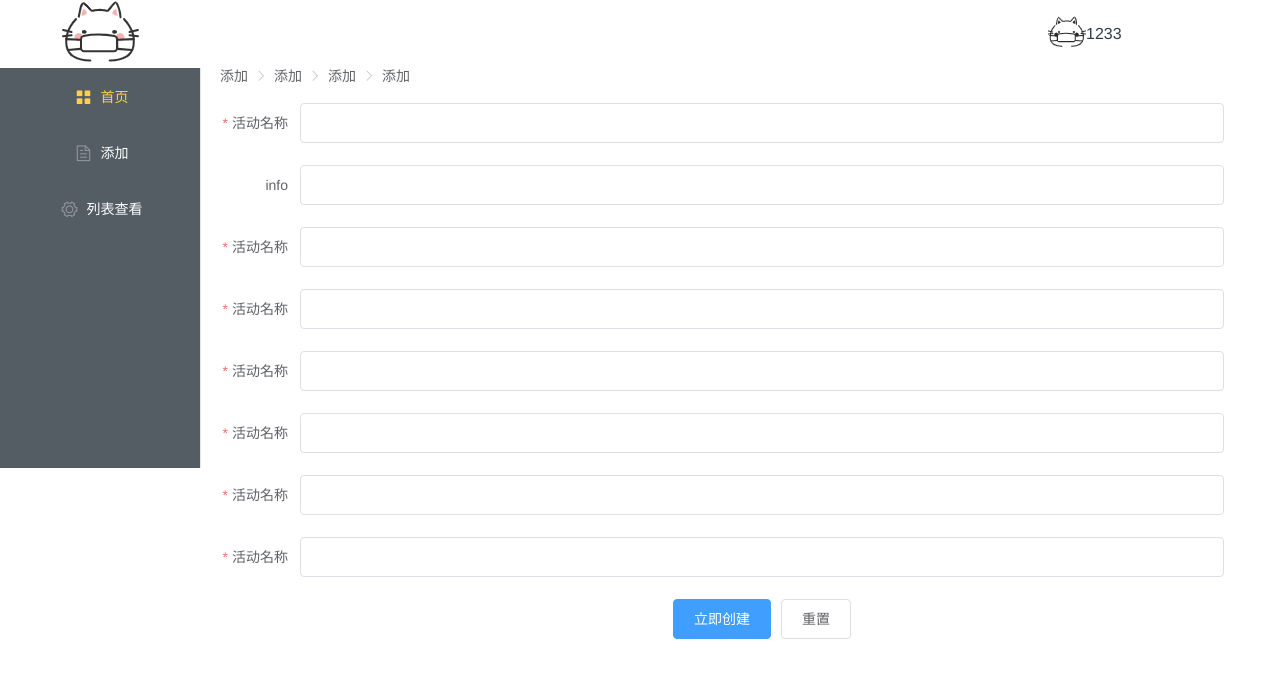
Repository: faintout/backMng
Page: /#/addList (app in backmng/)
An editor plug-in stored every save of this project. The page is shown before and after the next save, followed by the edit.
The browser window is 1280 px wide. The pictures show the whole page.
The project was rebuilt for these pictures with package versions that can differ from the ones it lists, and the page was loaded fresh each time. Also part of the build but not shown: backmng/vue.config.js, backmng/src/views/_index.vue, backmng/src/views/list.vue.

Above is the page before, as saved 2020-12-30 17:03:33.

### backmng/src/main.js
import Vue from 'vue'
import App from './App.vue'
import router from './router'
import store from './store'
import ElementUI from 'element-ui'
import 'element-ui/lib/theme-chalk/index.css'
import './assets/index.css'

Vue.use(ElementUI)
Vue.config.productionTip = false

new Vue({
  router,
  store,
  render: h => h(App)
}).$mount('#app')

### backmng/src/App.vue
<template>
  <div id="app">
    <router-view/>
  </div>
</template>

<style lang="less">
#app {
  font-family: Avenir, Helvetica, Arial, sans-serif;
  -webkit-font-smoothing: antialiased;
  -moz-osx-font-smoothing: grayscale;
  text-align: center;
  color: #2c3e50;
  height: 100%;
}

#nav {
  padding: 30px;

  a {
    font-weight: bold;
    color: #2c3e50;

    &.router-link-exact-active {
      color: #42b983;
    }
  }
}
</style>

### backmng/src/router/index.js
import Vue from 'vue'
import VueRouter from 'vue-router'
import Layout from '../views/layout.vue'
import _index from '../views/_index.vue'
import addList from '../views/addList.vue'
import list from '../views/list.vue'

Vue.use(VueRouter)

const routes = [
    {
        path: '/',
        name: 'Layout',
        component: Layout,
        children: [
            {
                path: '/_index',
                name: '首页',
                component: _index,
            },
            {
                path: '/addList',
                name: '添加',
                component: addList,
            },
            {
                path: '/list',
                name: '列表查看',
                component: list,
            },
        ]
    },
]

const router = new VueRouter({
    routes
})

export default router

### backmng/src/assets/index.css
* {
    /* width: 100%;
    height: 100%; */
    padding: 0;
    margin: 0;
}
html,body{
    height: 100%;
}
.h100{
    height: 100%;
}

### backmng/src/views/layout.vue
<template>
    <div class="h100">
        <div class="menu_list" style="width:200px;float:left">
            <!-- <header-top></header-top> -->
            <img :src="require('../assets/images/'+(!isCollapse?'7':'7_25px')+'.png')" alt="" @click="isCollapse = !isCollapse" :style="{left:isCollapse?'-64px':0}">
            <!-- <img src="../assets/images/7.png" alt="" @click="isCollapse = !isCollapse" style="cursor:pointer;"> -->
            <el-row class="tac h100">
                <el-col :span="12" class="h100">
                    <el-menu default-active="/_index" router class="el-menu-vertical-demo" @open="handleOpen" @close="handleClose" background-color="#545c64" text-color="#fff" active-text-color="#ffd04b" :collapse="isCollapse">
                        <el-menu-item index="/_index">
                            <i class="el-icon-menu"></i>
                            <span slot="title">首页</span>
                        </el-menu-item>
                        <el-menu-item index="/addList">
                            <i class="el-icon-document"></i>
                            <span slot="title">添加</span>
                        </el-menu-item>
                        <el-menu-item index="/list">
                            <i class="el-icon-setting"></i>
                            <span slot="title">列表查看</span>
                        </el-menu-item>
                    </el-menu>
                </el-col>
            </el-row>
        </div>
        <div style="width:80%;float:left">
            <header-top></header-top>
            <div class="content">
                <el-breadcrumb separator-class="el-icon-arrow-right"  style="margin: 5px 0 20px 20px;">
                    <el-breadcrumb-item>{{$route.name}}</el-breadcrumb-item>
                    <el-breadcrumb-item>{{$route.name}}</el-breadcrumb-item>
                    <el-breadcrumb-item>{{$route.name}}</el-breadcrumb-item>
                    <el-breadcrumb-item>{{$route.name}}</el-breadcrumb-item>
                </el-breadcrumb>
                <router-view></router-view>
            </div>
        </div>


    </div>
</template>

<script>
    import headerTop from './headerTop'
    export default {
        components: {
            headerTop
        },
        data() {
            return {
                isCollapse: false
            }
        },
        watch: {},
        computed: {},
        methods: {
            handleOpen(key, keyPath) {
                console.log(key, keyPath);
            },
            handleClose(key, keyPath) {
                console.log(key, keyPath);
            }
        },
        mounted() {},
        created() {},
    }
</script>
<style lang="less" scoped>
    .el-menu-vertical-demo:not(.el-menu--collapse) {
        width: 200px;
        min-height: 400px;
        // height: calc(100% - 64px);
    }

    .menu_list {
        img {
            cursor: pointer;
            position: relative,
        }
    }
</style>

### backmng/src/views/addList.vue
<template>
    <div>
        <el-form :model="ruleForm" :rules="rules" ref="ruleForm" label-width="100px" class="demo-ruleForm">
            <el-form-item label="活动名称" prop="name">
                <el-input v-model="ruleForm.name"></el-input>
            </el-form-item>
            <el-form-item label="info" prop="info">
                <el-input v-model="ruleForm.name"></el-input>
            </el-form-item>
            <el-form-item label="活动名称" prop="name">
                <el-input v-model="ruleForm.name"></el-input>
            </el-form-item>
            <el-form-item label="活动名称" prop="name">
                <el-input v-model="ruleForm.name"></el-input>
            </el-form-item>
            <el-form-item label="活动名称" prop="name">
                <el-input v-model="ruleForm.name"></el-input>
            </el-form-item>
            <el-form-item label="活动名称" prop="name">
                <el-input v-model="ruleForm.name"></el-input>
            </el-form-item>
            <el-form-item label="活动名称" prop="name">
                <el-input v-model="ruleForm.name"></el-input>
            </el-form-item>
            <el-form-item label="活动名称" prop="name">
                <el-input v-model="ruleForm.name"></el-input>
            </el-form-item>
            <!-- <el-form-item label="活动区域" prop="region">
                <el-select v-model="ruleForm.region" placeholder="请选择活动区域">
                    <el-option label="区域一" value="shanghai"></el-option>
                    <el-option label="区域二" value="beijing"></el-option>
                </el-select>
            </el-form-item>
            <el-form-item label="活动时间" required>
                <el-col :span="11">
                    <el-form-item prop="date1">
                        <el-date-picker type="date" placeholder="选择日期" v-model="ruleForm.date1" style="width: 100%;"></el-date-picker>
                    </el-form-item>
                </el-col>
                <el-col class="line" :span="2">-</el-col>
                <el-col :span="11">
                    <el-form-item prop="date2">
                        <el-time-picker placeholder="选择时间" v-model="ruleForm.date2" style="width: 100%;"></el-time-picker>
                    </el-form-item>
                </el-col>
            </el-form-item>
            <el-form-item label="即时配送" prop="delivery">
                <el-switch v-model="ruleForm.delivery"></el-switch>
            </el-form-item>
            <el-form-item label="活动性质" prop="type">
                <el-checkbox-group v-model="ruleForm.type">
                    <el-checkbox label="美食/餐厅线上活动" name="type"></el-checkbox>
                    <el-checkbox label="地推活动" name="type"></el-checkbox>
                    <el-checkbox label="线下主题活动" name="type"></el-checkbox>
                    <el-checkbox label="单纯品牌曝光" name="type"></el-checkbox>
                </el-checkbox-group>
            </el-form-item>
            <el-form-item label="特殊资源" prop="resource">
                <el-radio-group v-model="ruleForm.resource">
                    <el-radio label="线上品牌商赞助"></el-radio>
                    <el-radio label="线下场地免费"></el-radio>
                </el-radio-group>
            </el-form-item>
            <el-form-item label="活动形式" prop="desc">
                <el-input type="textarea" v-model="ruleForm.desc"></el-input>
            </el-form-item> -->
            <el-form-item>
                <el-button type="primary" @click="submitForm('ruleForm')">立即创建</el-button>
                <el-button @click="resetForm('ruleForm')">重置</el-button>
            </el-form-item>
        </el-form>
    </div>
</template>

<script>
    export default {
        components: {},
        data() {
            return {
                ruleForm: {
                    name: '',
                    info: '',
                    info1: '',
                    info2: '',
                    info3: '',
                    info4: '',
                    info5: '',
                    info6: ''
                },
                rules: {
                    name: [
                        { required: true, message: '内容不能为空', trigger: 'blur' },
                    ],
                    region: [
                        { required: true, message: '内容不能为空', trigger: 'blur' },
                    ],
                    date1: [
                        { type: 'date', required: true, message: '请选择日期', trigger: 'change' }
                    ],
                    date2: [
                        { type: 'date', required: true, message: '请选择时间', trigger: 'change' }
                    ],
                    // type: [
                    //     { type: 'array', required: true, message: '请至少选择一个活动性质', trigger: 'change' }
                    // ],
                    // resource: [
                    //     { required: true, message: '请选择活动资源', trigger: 'change' }
                    // ],
                    desc: [
                        { required: true, message: '请填写活动形式', trigger: 'blur' }
                    ]
                }
            }
        },
        watch: {},
        computed: {},
        methods: {
            submitForm(formName) {
                this.$refs[formName].validate((valid) => {
                    if (valid) {
                        // alert('submit!');
                        // 提交
                    } else {
                        // console.log('error submit!!');
                        this.$message.error('请输入必填信息！')
                        return false;
                    }
                });
            },
            resetForm(formName) {
                this.$refs[formName].resetFields();
            }
        },
        mounted() {},
        created() {},
    }
</script>
<style lang="less" scoped>
</style>

### backmng/src/views/headerTop.vue
<template>
    <div>
        <div class="header">
            <div class="user_info">
                <div class="user_pic">
                    <img src="../assets/images/user_pic.png" alt="">
                </div>
                <div class="user_name">1233</div>
            </div>
        </div>
    </div>
</template>

<script>
    export default {
        components: {},
        data() {
            return {}
        },
        watch: {},
        computed: {},
        methods: {},
        mounted() {},
        created() {},
    }
</script>
<style lang="less" scoped>
    .header {
        // display: flex;
        justify-content: space-between;
        height: 64px;
        width: 100%;
        vertical-align: middle;
        display: inline-block;
        // img{
        //     float: left;
        // }
    }

    .user_info div {
        display: inline-block;
        margin-top: 16px;
    }

    .user_info {
        text-align: center;
        margin-right: 10%;
        vertical-align: middle;
        float: right;
    }

    .user_name {
        vertical-align: middle;
        display: inline-block;
    }

    .user_pic {
        vertical-align: middle;
    }
</style>

Loaded but not shown: backmng/public/index.html (common file); backmng/src/store/index.js (common file)

After the next save:
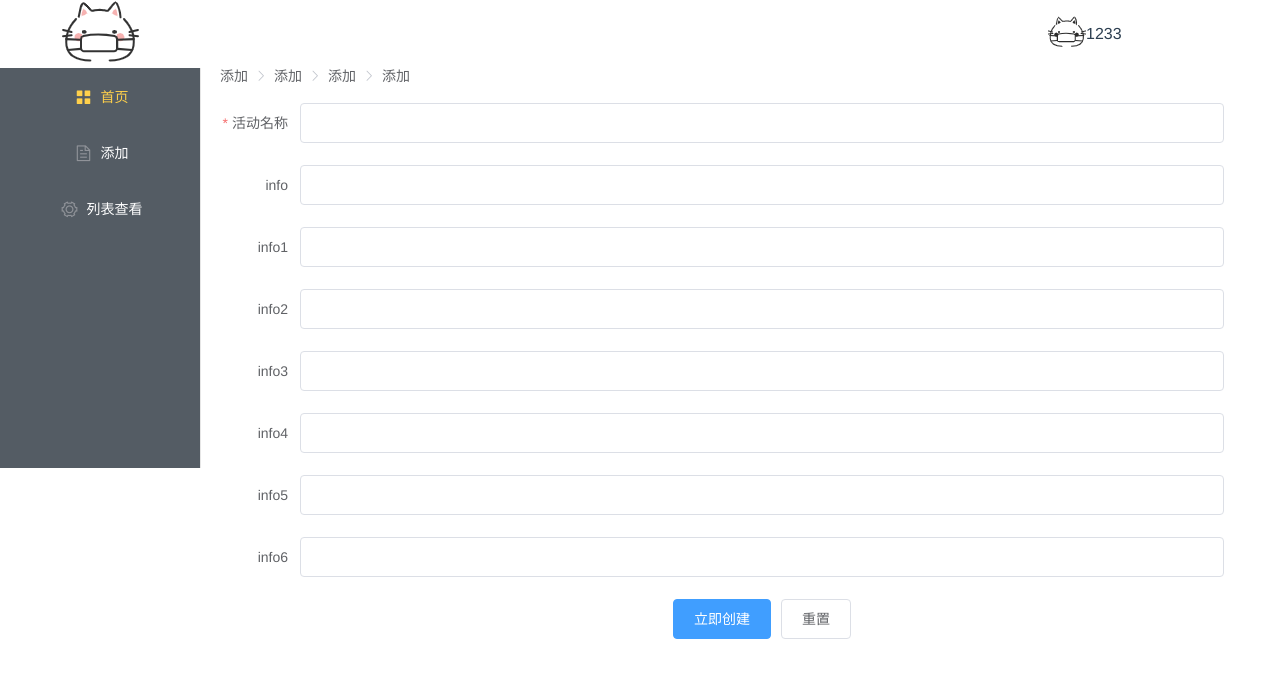
Saved 42 s later.
--- a/backmng/src/views/addList.vue
+++ b/backmng/src/views/addList.vue
@@ -7,22 +7,22 @@
             <el-form-item label="info" prop="info">
                 <el-input v-model="ruleForm.name"></el-input>
             </el-form-item>
-            <el-form-item label="活动名称" prop="name">
+            <el-form-item label="info1" prop="info1">
                 <el-input v-model="ruleForm.name"></el-input>
             </el-form-item>
-            <el-form-item label="活动名称" prop="name">
+            <el-form-item label="info2" prop="info2">
                 <el-input v-model="ruleForm.name"></el-input>
             </el-form-item>
-            <el-form-item label="活动名称" prop="name">
+            <el-form-item label="info3" prop="info3">
                 <el-input v-model="ruleForm.name"></el-input>
             </el-form-item>
-            <el-form-item label="活动名称" prop="name">
+            <el-form-item label="info4" prop="info4">
                 <el-input v-model="ruleForm.name"></el-input>
             </el-form-item>
-            <el-form-item label="活动名称" prop="name">
+            <el-form-item label="info5" prop="info5">
                 <el-input v-model="ruleForm.name"></el-input>
             </el-form-item>
-            <el-form-item label="活动名称" prop="name">
+            <el-form-item label="info6" prop="info6">
                 <el-input v-model="ruleForm.name"></el-input>
             </el-form-item>
             <!-- <el-form-item label="活动区域" prop="region">
